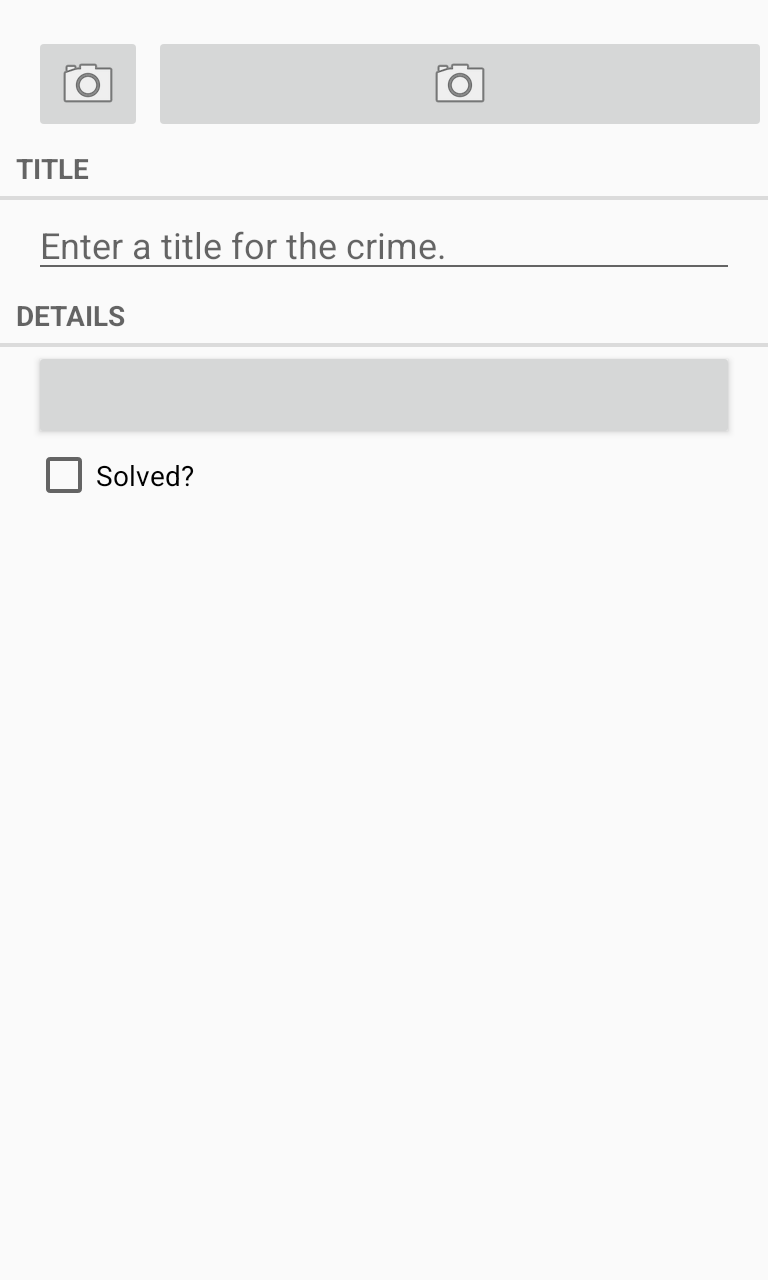
Repository: p-tricky/Android
Layout: CriminalIntent/res/layout/fragment_criminal.xml
An editor plug-in stored every save of this project. The layout is shown before and after the next save, followed by the edit.
It is drawn on a 768 x 1280 px phone screen (xhdpi) without system bars, with theme AppTheme; the app's code is not run.

Above is the layout before, as saved 2014-09-06 02:01:04.

### CriminalIntent/res/layout/fragment_criminal.xml
<?xml version="1.0" encoding="utf-8"?>
<LinearLayout xmlns:android="http://schemas.android.com/apk/res/android"
    android:layout_width="match_parent"
    android:layout_height="match_parent"
    android:orientation="vertical" >

    <LinearLayout
        android:layout_width="fill_parent"
        android:layout_height="wrap_content"
        android:orientation="horizontal"
        android:layout_marginLeft="16dp"
        android:layout_marginTop="16dp">

        <LinearLayout
            android:layout_width="wrap_content"
            android:layout_height="wrap_content"
            android:orientation="vertical"
        	android:layout_marginRight="4dp">

			<ImageButton
			    android:id="@+id/crime_imageButton"
			    android:layout_width="match_parent"
			    android:layout_height="wrap_content"
			    android:src="@android:drawable/ic_menu_camera" />

    	</LinearLayout>

        <LinearLayout
            android:layout_width="wrap_content"
            android:layout_height="wrap_content"
            android:orientation="vertical"
        	android:layout_weight="1">

			<ImageButton
			    android:id="@+id/crime_imageButton"
			    android:layout_width="match_parent"
			    android:layout_height="wrap_content"
			    android:src="@android:drawable/ic_menu_camera" />

    	</LinearLayout>

    </LinearLayout>

    <TextView
        android:layout_width="match_parent"
        android:layout_height="wrap_content"
        android:text="@string/crime_title_label"
        style="?android:listSeparatorTextViewStyle"
        />

    <EditText
        android:id="@+id/crime_title"
        android:layout_width="match_parent"
        android:layout_height="wrap_content"
        android:layout_marginLeft="16dp"
        android:layout_marginRight="16dp"
        android:hint="@string/crime_title_hint"
        />

    <TextView
        android:layout_width="match_parent"
        android:layout_height="wrap_content"
        android:text="@string/crime_details_label"
        style="?android:listSeparatorTextViewStyle"
        />

    <Button
        android:id="@+id/crime_date"
        android:layout_width="match_parent"
        android:layout_height="wrap_content"
        android:layout_marginLeft="16dp"
        android:layout_marginRight="16dp"
        />

    <CheckBox
        android:id="@+id/crime_solved"
        android:layout_width="match_parent"
        android:layout_height="wrap_content"
        android:layout_marginLeft="16dp"
        android:layout_marginRight="16dp"
        android:text="@string/crime_solved_label"
        />

</LinearLayout>

### CriminalIntent/res/values/strings.xml
<?xml version="1.0" encoding="utf-8"?>
<resources>

    <string name="app_name">CriminalIntent</string>
    <string name="title_activity_crime">CriminalAcivity</string>
    <string name="crime_title_hint">Enter a title for the crime.</string>
    <string name="crime_title_label">Title</string>
    <string name="crime_details_label">Details</string>
    <string name="crime_solved_label">Solved?</string>
    <string name="crimes_title">Crimes</string>
    <string name="date_picker_title">Date of crime:</string>
    <string name="new_crime">New Crime</string>
    <string name="show_subtitle">Show Subtitle</string>
    <string name="hide_subtitle">Hide Subtitle</string>
    <string name="subtitle">If you see something, say something.</string>
    <string name="delete_crime">Delete</string>
    <string name="take">Take</string>

</resources>

Loaded but not shown: CriminalIntent/res/values/styles.xml (common file); CriminalIntent/res/values-v11/styles.xml (common file); CriminalIntent/res/values-v14/styles.xml (common file)

After the next save:
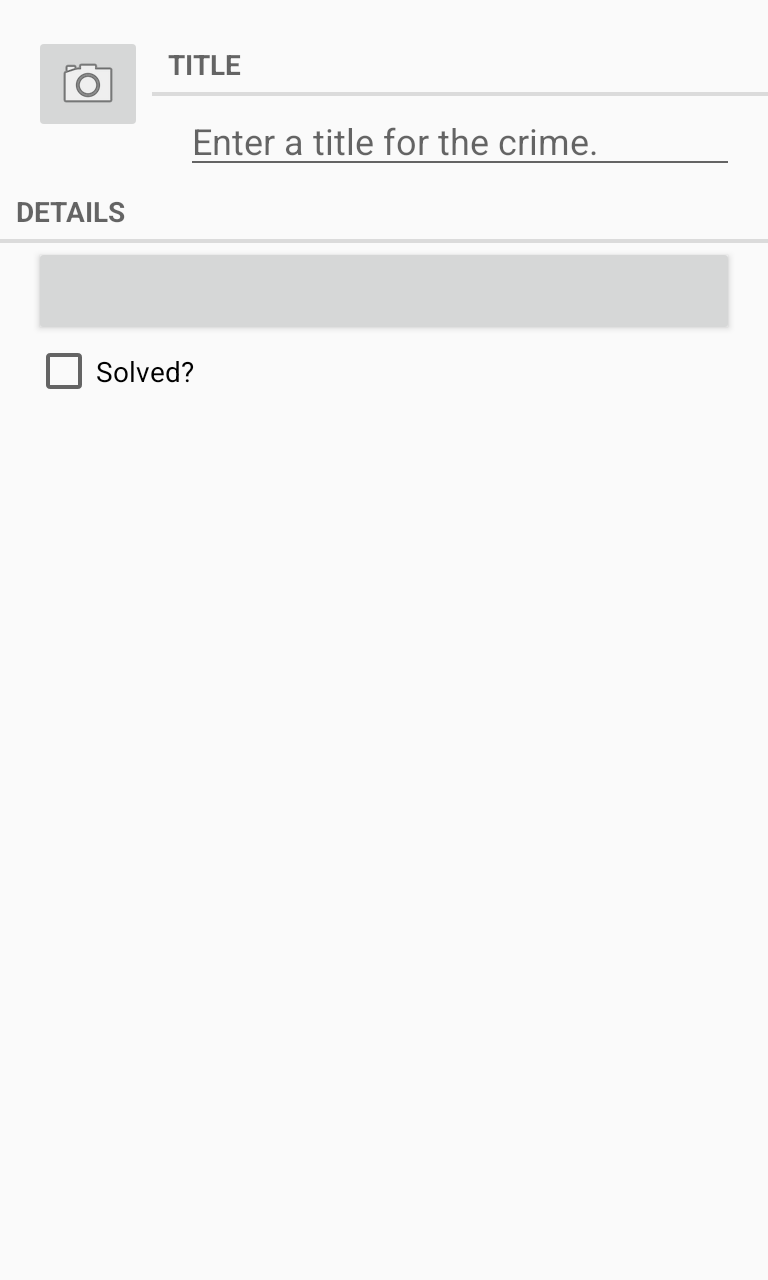
Saved 110 s later.
--- a/CriminalIntent/res/layout/fragment_criminal.xml
+++ b/CriminalIntent/res/layout/fragment_criminal.xml
@@ -31,31 +31,24 @@
             android:orientation="vertical"
         	android:layout_weight="1">
 
-			<ImageButton
-			    android:id="@+id/crime_imageButton"
-			    android:layout_width="match_parent"
-			    android:layout_height="wrap_content"
-			    android:src="@android:drawable/ic_menu_camera" />
+    		<TextView
+        		android:layout_width="match_parent"
+        		android:layout_height="wrap_content"
+        		android:text="@string/crime_title_label"
+        		style="?android:listSeparatorTextViewStyle" />
+
+    		<EditText
+        		android:id="@+id/crime_title"
+        		android:layout_width="match_parent"
+        		android:layout_height="wrap_content"
+        		android:layout_marginLeft="16dp"
+        		android:layout_marginRight="16dp"
+        		android:hint="@string/crime_title_hint" />
 
     	</LinearLayout>
 
     </LinearLayout>
 
-    <TextView
-        android:layout_width="match_parent"
-        android:layout_height="wrap_content"
-        android:text="@string/crime_title_label"
-        style="?android:listSeparatorTextViewStyle"
-        />
-
-    <EditText
-        android:id="@+id/crime_title"
-        android:layout_width="match_parent"
-        android:layout_height="wrap_content"
-        android:layout_marginLeft="16dp"
-        android:layout_marginRight="16dp"
-        android:hint="@string/crime_title_hint"
-        />
 
     <TextView
         android:layout_width="match_parent"
